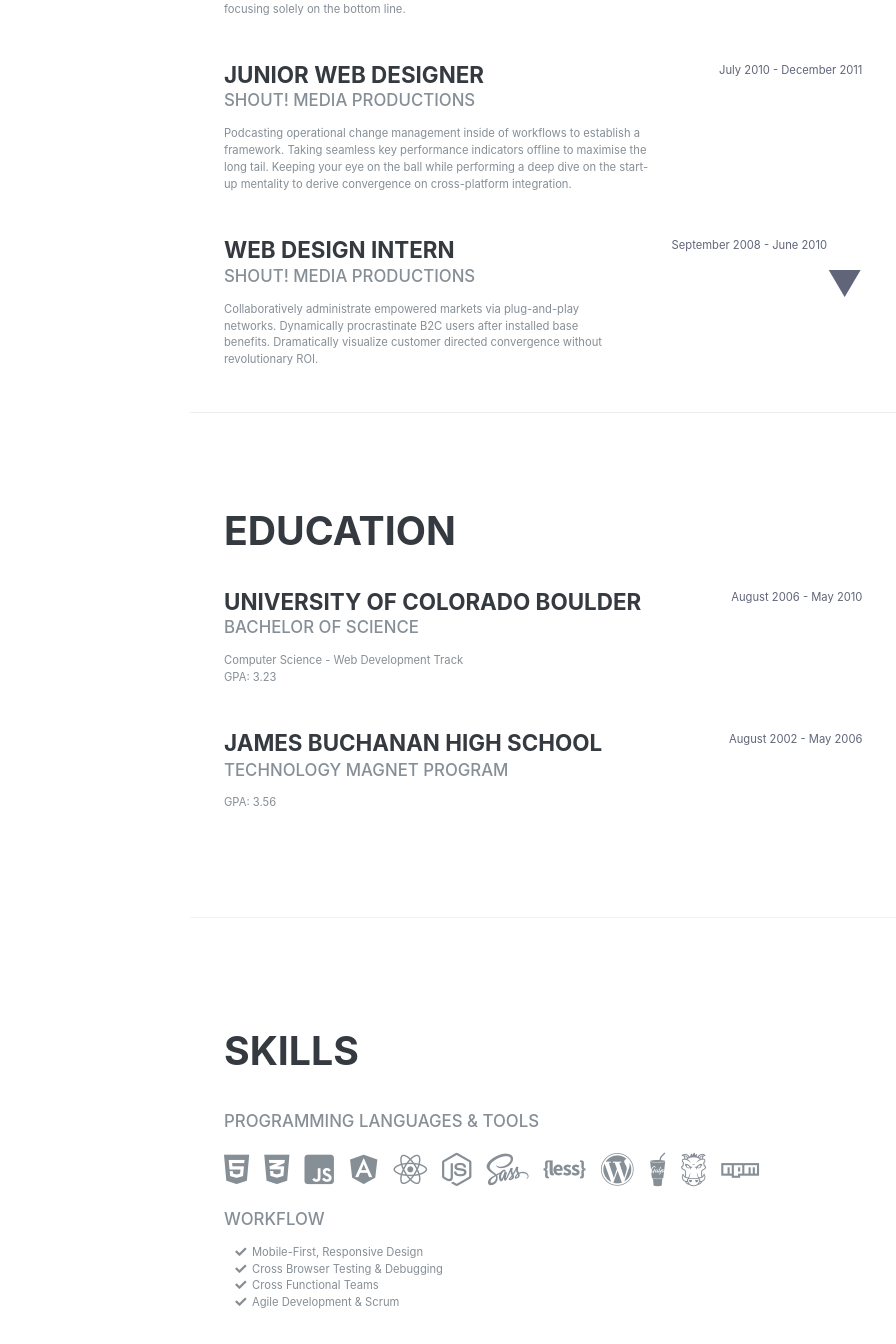
Repository: whitethugcat/whitethugcat.github.io
Page: class/resume-practice/index.html
The author's editor kept a record of every edit. The page is drawn from the files as they stood at one moment, then again after the next edit.
The browser window is 1280 px wide. The pictures show the part of the page from y = 1297 to 3217 px (the page is 4770 px tall), at 70% of full size.
Some web fonts or font styles are not loaded; a fallback is used.

Above is the page before.

### class/resume-practice/index.html
<!DOCTYPE html>
<html lang="en">

<head>

  <meta charset="utf-8">
  <meta name="viewport" content="width=device-width, initial-scale=1, shrink-to-fit=no">
  <meta name="description" content="">
  <meta name="author" content="">

  <title>Yoojin J&#129346;</title>

  <!-- Bootstrap core CSS -->
  <link href="vendor/bootstrap/css/bootstrap.min.css" rel="stylesheet">

  <!-- Custom fonts for this template -->
  <link href="https://fonts.googleapis.com/css?family=Saira+Extra+Condensed:500,700" rel="stylesheet">
  <link href="vendor/fontawesome-free/css/all.min.css" rel="stylesheet">

  <!-- Custom styles for this template -->
  <link href="css/resume.css" rel="stylesheet">

</head>

<body id="page-top">

  <nav class="navbar navbar-expand-lg navbar-dark bg-primary fixed-top" id="sideNav">
    <a class="navbar-brand js-scroll-trigger" href="#page-top">
      <span class="d-block d-lg-none">Yoojin Jeong &#129346;</span>
      <span class="d-none d-lg-block">
        <img class="img-fluid img-profile rounded-circle mx-auto mb-2" src="img/yj-profile.png" alt="">
      </span>
    </a>
    <button class="navbar-toggler" type="button" data-toggle="collapse" data-target="#navbarSupportedContent" aria-controls="navbarSupportedContent" aria-expanded="false" aria-label="Toggle navigation">
      <span class="navbar-toggler-icon"></span>
    </button>
    <div class="collapse navbar-collapse" id="navbarSupportedContent">
      <ul class="navbar-nav">
        <li class="nav-item">
          <a class="nav-link js-scroll-trigger" href="#about">About</a>
        </li>
        <li class="nav-item">
          <a class="nav-link js-scroll-trigger" href="#experience">Experience</a>
        </li>
        <li class="nav-item">
          <a class="nav-link js-scroll-trigger" href="#education">Education</a>
        </li>
        <li class="nav-item">
          <a class="nav-link js-scroll-trigger" href="#skills">Skills</a>
        </li>
        <li class="nav-item">
          <a class="nav-link js-scroll-trigger" href="#interests">Interests</a>
        </li>
        <li class="nav-item">
          <a class="nav-link js-scroll-trigger" href="#awards">Awards</a>
        </li>
      </ul>
    </div>
  </nav>

  <div class="container-fluid p-0">

    <section class="resume-section p-3 p-lg-5 d-flex align-items-center" id="about">
      <div class="w-100">
        <h1 class="mb-0">Yoojin
          <span class="text-primary">Jeong</span>
        </h1>
        <div class="subheading mb-5">Seoul, South Korea · (+82) 010-8472-7769 ·
          <a href="mailto:name@email.com">yjjeong92@gmail.com</a>
        </div>
        <p class="lead mb-5">I am experienced and agile in cooperating in teams of various sizes and forms. I have built experiences in digital advertising, B2B/B2C communication, digital marketing, and more.</p>
        <div class="social-icons">
          <a href="https://www.linkedin.com/in/yoojin-jeong-47a917101/" target="_blank">
            <i class="fab fa-linkedin-in"></i>
          </a>
          <a href="#" target="_blank">
            <i class="fab fa-github"></i>
          </a>
          <a href="https://www.twitter.com/whitethugcat" target="_blank">
            <i class="fab fa-twitter"></i>
          </a>
          <a href="#">
            <i class="fab fa-facebook-f target="_blank""></i>
          </a>
        </div>
        <div class=downward-arrow>
          <a href="#experience">
          &#9660;</a>
        </div>
      </div>
    </section>

    <hr class="m-0">

    <section class="resume-section p-3 p-lg-5 d-flex justify-content-center" id="experience">
      <div class="w-100">
        <h2 class="mb-5">Experience</h2>

        <div class="resume-item d-flex flex-column flex-md-row justify-content-between mb-5">
          <div class="resume-content">
            <h3 class="mb-0">Senior Web Developer</h3>
            <div class="subheading mb-3">Intelitec Solutions</div>
            <p>Bring to the table win-win survival strategies to ensure proactive domination. At the end of the day, going forward, a new normal that has evolved from generation X is on the runway heading towards a streamlined cloud solution. User generated content in real-time will have multiple touchpoints for offshoring.</p>
          </div>
          <div class="resume-date text-md-right">
            <span class="text-primary">March 2013 - Present</span>
          </div>
        </div>

        <div class="resume-item d-flex flex-column flex-md-row justify-content-between mb-5">
          <div class="resume-content" id>
            <h3 class="mb-0">Web Developer</h3>
            <div class="subheading mb-3">Intelitec Solutions</div>
            <p>Capitalize on low hanging fruit to identify a ballpark value added activity to beta test. Override the digital divide with additional clickthroughs from DevOps. Nanotechnology immersion along the information highway will close the loop on focusing solely on the bottom line.</p>
          </div>
          <div class="resume-date text-md-right">
            <span class="text-primary">December 2011 - March 2013</span>
          </div>
        </div>

        <div class="resume-item d-flex flex-column flex-md-row justify-content-between mb-5">
          <div class="resume-content">
            <h3 class="mb-0">Junior Web Designer</h3>
            <div class="subheading mb-3">Shout! Media Productions</div>
            <p>Podcasting operational change management inside of workflows to establish a framework. Taking seamless key performance indicators offline to maximise the long tail. Keeping your eye on the ball while performing a deep dive on the start-up mentality to derive convergence on cross-platform integration.</p>
          </div>
          <div class="resume-date text-md-right">
            <span class="text-primary">July 2010 - December 2011</span>
          </div>
        </div>

        <div class="resume-item d-flex flex-column flex-md-row justify-content-between">
          <div class="resume-content">
            <h3 class="mb-0">Web Design Intern</h3>
            <div class="subheading mb-3">Shout! Media Productions</div>
            <p>Collaboratively administrate empowered markets via plug-and-play networks. Dynamically procrastinate B2C users after installed base benefits. Dramatically visualize customer directed convergence without revolutionary ROI.</p>
          </div>
          <div class="resume-date text-md-right">
            <span class="text-primary">September 2008 - June 2010</span>
          </div>
          <div class=downward-arrow>
          <a href="#education">
          &#9660;</a>
        </div>
        </div>

      </div>

    </section>

    <hr class="m-0">

    <section class="resume-section p-3 p-lg-5 d-flex align-items-center" id="education">
      <div class="w-100">
        <h2 class="mb-5">Education</h2>

        <div class="resume-item d-flex flex-column flex-md-row justify-content-between mb-5">
          <div class="resume-content">
            <h3 class="mb-0">University of Colorado Boulder</h3>
            <div class="subheading mb-3">Bachelor of Science</div>
            <div>Computer Science - Web Development Track</div>
            <p>GPA: 3.23</p>
          </div>
          <div class="resume-date text-md-right">
            <span class="text-primary">August 2006 - May 2010</span>
          </div>
        </div>

        <div class="resume-item d-flex flex-column flex-md-row justify-content-between">
          <div class="resume-content">
            <h3 class="mb-0">James Buchanan High School</h3>
            <div class="subheading mb-3">Technology Magnet Program</div>
            <p>GPA: 3.56</p>
          </div>
          <div class="resume-date text-md-right">
            <span class="text-primary">August 2002 - May 2006</span>
          </div>
        </div>

      </div>
    </section>

    <hr class="m-0">

    <section class="resume-section p-3 p-lg-5 d-flex align-items-center" id="skills">
      <div class="w-100">
        <h2 class="mb-5">Skills</h2>

        <div class="subheading mb-3">Programming Languages &amp; Tools</div>
        <ul class="list-inline dev-icons">
          <li class="list-inline-item">
            <i class="fab fa-html5"></i>
          </li>
          <li class="list-inline-item">
            <i class="fab fa-css3-alt"></i>
          </li>
          <li class="list-inline-item">
            <i class="fab fa-js-square"></i>
          </li>
          <li class="list-inline-item">
            <i class="fab fa-angular"></i>
          </li>
          <li class="list-inline-item">
            <i class="fab fa-react"></i>
          </li>
          <li class="list-inline-item">
            <i class="fab fa-node-js"></i>
          </li>
          <li class="list-inline-item">
            <i class="fab fa-sass"></i>
          </li>
          <li class="list-inline-item">
            <i class="fab fa-less"></i>
          </li>
          <li class="list-inline-item">
            <i class="fab fa-wordpress"></i>
          </li>
          <li class="list-inline-item">
            <i class="fab fa-gulp"></i>
          </li>
          <li class="list-inline-item">
            <i class="fab fa-grunt"></i>
          </li>
          <li class="list-inline-item">
            <i class="fab fa-npm"></i>
          </li>
        </ul>

        <div class="subheading mb-3">Workflow</div>
        <ul class="fa-ul mb-0">
          <li>
            <i class="fa-li fa fa-check"></i>
            Mobile-First, Responsive Design</li>
          <li>
            <i class="fa-li fa fa-check"></i>
            Cross Browser Testing &amp; Debugging</li>
          <li>
            <i class="fa-li fa fa-check"></i>
            Cross Functional Teams</li>
          <li>
            <i class="fa-li fa fa-check"></i>
            Agile Development &amp; Scrum</li>
        </ul>
      </div>
    </section>

    <hr class="m-0">

    <section class="resume-section p-3 p-lg-5 d-flex align-items-center" id="interests">
      <div class="w-100">
        <h2 class="mb-5">Interests</h2>
        <p>Apart from being a web developer, I enjoy most of my time being outdoors. In the winter, I am an avid skier and novice ice climber. During the warmer months here in Colorado, I enjoy mountain biking, free climbing, and kayaking.</p>
        <p class="mb-0">When forced indoors, I follow a number of sci-fi and fantasy genre movies and television shows, I am an aspiring chef, and I spend a large amount of my free time exploring the latest technology advancements in the front-end web development world.</p>
      </div>
    </section>

    <hr class="m-0">

    <section class="resume-section p-3 p-lg-5 d-flex align-items-center" id="awards">
      <div class="w-100">
        <h2 class="mb-5">Awards &amp; Certifications</h2>
        <ul class="fa-ul mb-0">
          <li>
            <i class="fa-li fa fa-trophy text-warning"></i>
            Google Analytics Certified Developer</li>
          <li>
            <i class="fa-li fa fa-trophy text-warning"></i>
            Mobile Web Specialist - Google Certification</li>
          <li>
            <i class="fa-li fa fa-trophy text-warning"></i>
            1<sup>st</sup>
            Place - University of Colorado Boulder - Emerging Tech Competition 2009</li>
          <li>
            <i class="fa-li fa fa-trophy text-warning"></i>
            1<sup>st</sup>
            Place - University of Colorado Boulder - Adobe Creative Jam 2008 (UI Design Category)</li>
          <li>
            <i class="fa-li fa fa-trophy text-warning"></i>
            2<sup>nd</sup>
            Place - University of Colorado Boulder - Emerging Tech Competition 2008</li>
          <li>
            <i class="fa-li fa fa-trophy text-warning"></i>
            1<sup>st</sup>
            Place - James Buchanan High School - Hackathon 2006</li>
          <li>
            <i class="fa-li fa fa-trophy text-warning"></i>
            3<sup>rd</sup>
            Place - James Buchanan High School - Hackathon 2005</li>
        </ul>
      </div>
    </section>

  </div>

  <!-- Bootstrap core JavaScript -->
  <script src="vendor/jquery/jquery.min.js"></script>
  <script src="vendor/bootstrap/js/bootstrap.bundle.min.js"></script>

  <!-- Plugin JavaScript -->
  <script src="vendor/jquery-easing/jquery.easing.min.js"></script>

  <!-- Custom scripts for this template -->
  <script src="js/resume.min.js"></script>

</body>

</html>

### class/resume-practice/css/resume.css
/*!
 * Start Bootstrap - Resume v5.0.8 (https://startbootstrap.com/template-overviews/resume)
 * Copyright 2013-2019 Start Bootstrap
 * Licensed under MIT (https://github.com/BlackrockDigital/startbootstrap-resume/blob/master/LICENSE)
 */

body {
  font-family: 'Muli', -apple-system, BlinkMacSystemFont, 'Segoe UI', Roboto, 'Helvetica Neue', Arial, sans-serif, 'Apple Color Emoji', 'Segoe UI Emoji', 'Segoe UI Symbol', 'Noto Color Emoji';
  padding-top: 52px;
  color: #868e96;
}

@media (min-width: 992px) {
  body {
    padding-top: 0;
    padding-left: 17rem;
  }
}

h1,
h2,
h3,
h4,
h5,
h6 {
  font-family: 'Saira Extra Condensed', -apple-system, BlinkMacSystemFont, 'Segoe UI', Roboto, 'Helvetica Neue', Arial, sans-serif, 'Apple Color Emoji', 'Segoe UI Emoji', 'Segoe UI Symbol', 'Noto Color Emoji';
  font-weight: 700;
  text-transform: uppercase;
  color: #343a40;
}

h1 {
  font-size: 6rem;
  line-height: 5.5rem;
}

h2 {
  font-size: 3.5rem;
}

h3 {
  font-size: 2rem;
}

p.lead {
  font-size: 1.15rem;
  font-weight: 400;
}

.subheading {
  text-transform: uppercase;
  font-weight: 500;
  font-family: 'Saira Extra Condensed', -apple-system, BlinkMacSystemFont, 'Segoe UI', Roboto, 'Helvetica Neue', Arial, sans-serif, 'Apple Color Emoji', 'Segoe UI Emoji', 'Segoe UI Symbol', 'Noto Color Emoji';
  font-size: 1.5rem;
}

.social-icons a {
  display: inline-block;
  height: 3.5rem;
  width: 3.5rem;
  background-color: #495057;
  color: #fff !important;
  border-radius: 100%;
  text-align: center;
  font-size: 1.5rem;
  line-height: 3.5rem;
  margin-right: 1rem;
}

.social-icons a:last-child {
  margin-right: 0;
}

.social-icons a:hover {
  background-color: #BD5D38;
}

.dev-icons {
  font-size: 3rem;
}

.dev-icons .list-inline-item i:hover {
  color: #BD5D38;
}

#sideNav .navbar-nav .nav-item .nav-link {
  font-weight: 800;
  letter-spacing: 0.05rem;
  text-transform: uppercase;
}

#sideNav .navbar-toggler:focus {
  outline-color: #d48a6e;
}

@media (min-width: 992px) {
  #sideNav {
    text-align: center;
    position: fixed;
    top: 0;
    left: 0;
    display: flex;
    flex-direction: column;
    width: 17rem;
    height: 100vh;
  }
  #sideNav .navbar-brand {
    display: flex;
    margin: auto auto 0;
    padding: 0.5rem;
  }
  #sideNav .navbar-brand .img-profile {
    max-width: 10rem;
    max-height: 10rem;
    border: 0.5rem solid rgba(255, 255, 255, 0.2);
  }
  #sideNav .navbar-collapse {
    display: flex;
    align-items: flex-start;
    flex-grow: 0;
    width: 100%;
    margin-bottom: auto;
  }
  #sideNav .navbar-collapse .navbar-nav {
    flex-direction: column;
    width: 100%;
  }
  #sideNav .navbar-collapse .navbar-nav .nav-item {
    display: block;
  }
  #sideNav .navbar-collapse .navbar-nav .nav-item .nav-link {
    display: block;
  }
}

section.resume-section {
  padding-top: 5rem !important;
  padding-bottom: 5rem !important;
  max-width: 75rem;
}

section.resume-section .resume-item .resume-date {
  min-width: none;
}

@media (min-width: 768px) {
  section.resume-section {
    min-height: 100vh;
  }
  section.resume-section .resume-item .resume-date {
    min-width: 18rem;
  }
}

@media (min-width: 992px) {
  section.resume-section {
    padding-top: 3rem !important;
    padding-bottom: 3rem !important;
  }
}

.bg-primary {
  background-color: #61657a !important;
}

.text-primary {
  color: #61657a !important;
}

a {
  color: #61657a;
}

a:hover, a:focus, a:active {
  color: #824027;
}

.downward-arrow{
  vertical-align: bottom;
  text-align: center;
  font-size: 50px;
  text-shadow: 3px 2px grey .5;
  margin-bottom: -30px;
  margin-top: 30px;
}

.back-to-top{
  margin-top: 4%;
  color: #699aff;
  vertical-align: bottom;
  text-align: center;
  font-size: 10px;
  text-decoration: underline;
}

Loaded but not shown: class/resume-practice/vendor/bootstrap/css/bootstrap.min.css (library); class/resume-practice/vendor/fontawesome-free/css/all.min.css (library); class/resume-practice/vendor/jquery/jquery.min.js (library); class/resume-practice/vendor/bootstrap/js/bootstrap.bundle.min.js (library); class/resume-practice/vendor/jquery-easing/jquery.easing.min.js (common file); class/resume-practice/js/resume.min.js (common file)

After the next edit:
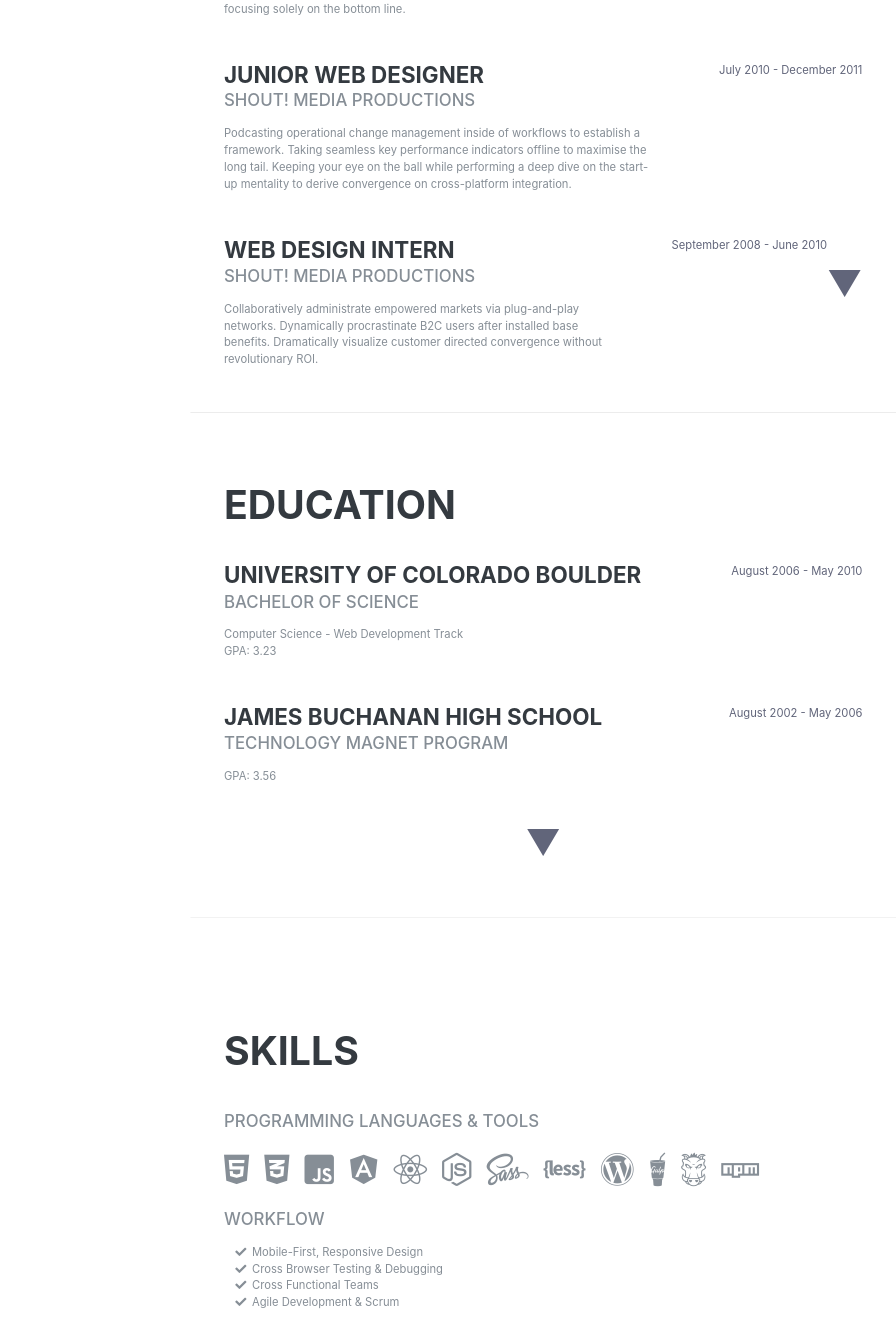
The edit:
--- a/class/resume-practice/index.html
+++ b/class/resume-practice/index.html
@@ -176,7 +176,10 @@
             <span class="text-primary">August 2002 - May 2006</span>
           </div>
         </div>
-
+          <div class=downward-arrow>
+          <a href="#skills">
+          &#9660;</a>
+        </div>
       </div>
     </section>
 
